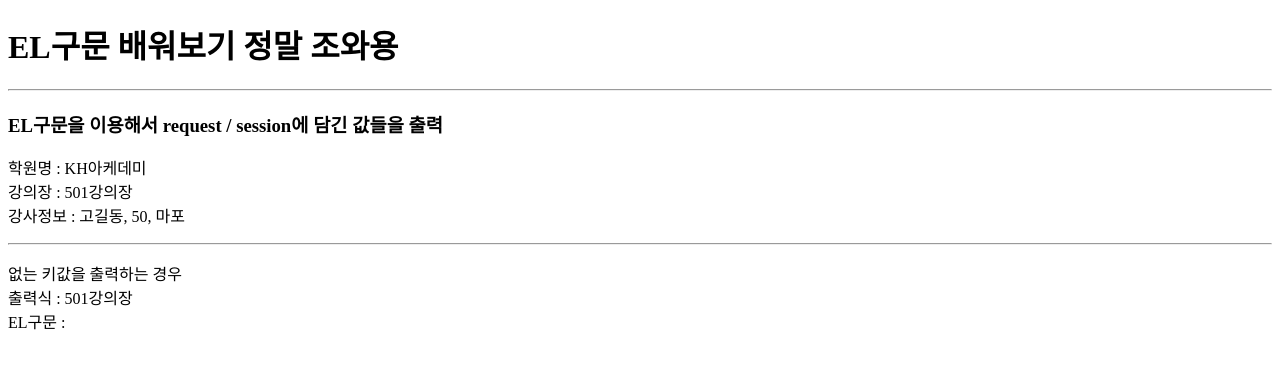
Repository: ghksl0204-shapa/dynamic-web
Page: http://localhost/ActionProject/el.do
An editor plug-in stored every save of this project. The page is shown before and after the next save, followed by the edit.
The browser window is 1280 px wide. The pictures show the whole page.
The page is served by Tomcat 9. Other server files are loaded and not shown.

Above is the page before, as saved 2026-05-06 06:08:43.

### ActionProject/src/main/webapp/WEB-INF/views/01_el.jsp
<%@ page language="java" contentType="text/html; charset=UTF-8"
    pageEncoding="UTF-8"%>
<%@ page import="com.kh.el.model.dto.Person" %>
<!DOCTYPE html>
<html>
<head>
<meta charset="UTF-8">
<title>UltraSuperPower JSP</title>
</head>
<body>

	<h1>EL구문 배워보기 정말 조와용</h1>

	<%--
	<!--

	<%
		String classRoom = (String)request.getAttribute("classRoom");
		Person student = (Person)request.getAttribute("student");

		String academy = (String)session.getAttribute("academy");
		Person lecture = (Person)session.getAttribute("lecture");
	%>

	<p>
		학원명 : <%= academy %> <br>
		강의장 : <%= classRoom %> <br>
		강사정보 : <%= lecture.getName() %>, <%= lecture.getAge() %>, <%= lecture.getAddress() %> <br><br>

		수강생 정보
		<ul>
			<li>이름 : <%= student.getName() %></li>
			<li>나이 : <%= student.getAge() %></li>
			<li>주소 : <%= student.getAddress() %></li>
		</ul>
	</p>
	-->
	--%>

	<hr>

	<h3>EL구문을 이용해서 request / session에 담긴 값들을 출력</h3>

	<p>
		학원명 : ${ academy } <br>
		강의장 : ${ classRoom } <br>
		강사정보 : ${ lecture.name }, ${ lecture.age }, ${ lecture.address } <br>

		<!--
			실제로 필드에 직접 접근 하는것은 불가능
			.name => getName()
			내부적으로 getter메소드를 찾아서 호출해서 값을 출력하는 구조
		 -->
	</p>

	<hr>

	<p>
		없는 키값을 출력하는 경우 <br>

		출력식 : <%= request.getAttribute("classRoom") %> <br>
		EL구문 : ${ clasRoom } <br>
	</p>


























</body>
</html>

### ActionProject/src/main/java/com/kh/el/controller/ElServlet.java
package com.kh.el.controller;

import java.io.IOException;

import javax.servlet.ServletException;
import javax.servlet.annotation.WebServlet;
import javax.servlet.http.HttpServlet;
import javax.servlet.http.HttpServletRequest;
import javax.servlet.http.HttpServletResponse;
import javax.servlet.http.HttpSession;

import com.kh.el.model.dto.Person;

@WebServlet("/el.do")
public class ElServlet extends HttpServlet {
	private static final long serialVersionUID = 1L;

    public ElServlet() {
        super();
    }

	protected void doGet(HttpServletRequest request, HttpServletResponse response) throws ServletException, IOException {
		// 만약 서블릿에서 응답할 데이터가 존재 한다면!!!
		// JSP로 포워딩을 할 때 request.setAttribute("name값", "value값") -> forward ~~
		// request -> Servlet 내장객체 / Scope 객체

		// application / session / request / page

		/*
		 * 1. application scope : ServletContext
		 * 한 애플리케이션 당, 딱 한개 존재하는 객체
		 * 이 영역에 데이터를 담으면 애플리케이션 전역에서 사용 가능
		 *
		 *
		 * 2. session scope : HttpSession
		 * 하나의 브라우저 당, 한 개 존재하는 객체
		 * 이 영역에 데이터를 담으면 JSP / Servlet 단에서 사용 가능
		 * 값이 한 번 담기면 서버를 멈추건, 세션을 비우거나, 브라우저가 닫히기 전까지는 계속 사용 가능
		 *
		 * 3. request scope : HttpServletRequest
		 * 요청 및 응답 시 매법 생성되는 객체
		 * 이 영역에 데이터를 담으면 해당 request 를 포워딩 받는 응답 JSP 에서만 사용가능 (1회성)
		 *
		 * 4. page scope : PageContext
		 * JSP페이지에서만 사용가능
		 *
		 * => 위 객체들에 속성을 추가할 때는 .setAttribute("name값", 벨류);
		 * 							  .getAttribute("namer값");
		 * 							  .removeAttribute("name값");
		 */
		// DTO(VO) 한 개, List<DTO>, int, String

		request.setAttribute("classRoom", "501강의장");
		request.setAttribute("student", new Person("홍길동", 15, "한양"));

		// sessionScope
		HttpSession session = request.getSession();
		session.setAttribute("academy", "KH아케데미");
		session.setAttribute("lecture", new Person("고길동", 50, "마포"));

		// 응답 뷰 배정 -> 포워딩
		request.getRequestDispatcher("/WEB-INF/views/01_el.jsp").forward(request, response);


	}

	protected void doPost(HttpServletRequest request, HttpServletResponse response) throws ServletException, IOException {
		doGet(request, response);
	}




















}

### ActionProject/src/main/java/com/kh/el/model/dto/Person.java
package com.kh.el.model.dto;

public class Person {

	private String name;
	private int age;
	private String address;

	public Person() {
		super();
	}

	public Person(String name, int age, String address) {
		super();
		this.name = name;
		this.age = age;
		this.address = address;
	}

	public String getName() {
		return name;
	}

	public void setName(String name) {
		this.name = name;
	}

	public int getAge() {
		return age;
	}

	public void setAge(int age) {
		this.age = age;
	}

	public String getAddress() {
		return address;
	}

	public void setAddress(String address) {
		this.address = address;
	}

	@Override
	public String toString() {
		return "Person [name=" + name + ", age=" + age + ", address=" + address + "]";
	}

}

After the next save:
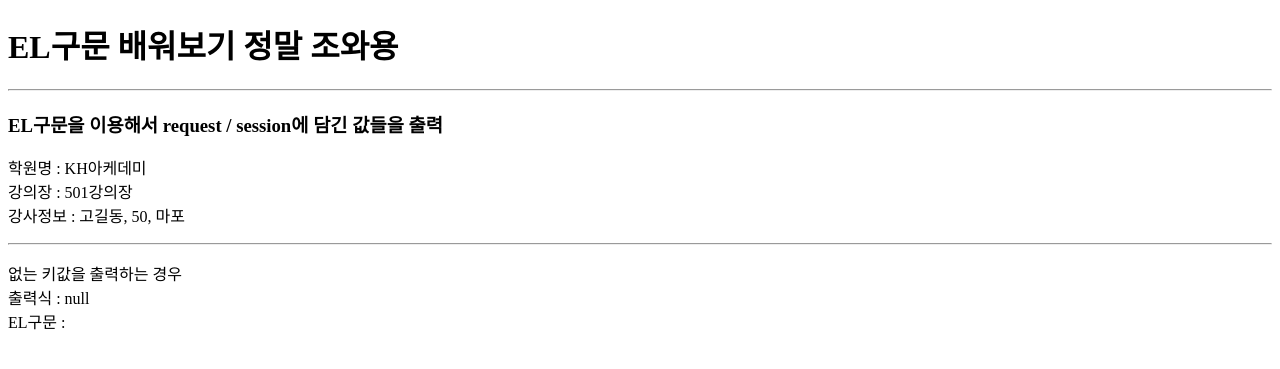
Saved 12 s later.
--- a/ActionProject/src/main/webapp/WEB-INF/views/01_el.jsp
+++ b/ActionProject/src/main/webapp/WEB-INF/views/01_el.jsp
@@ -58,7 +58,7 @@
 	<p>
 		없는 키값을 출력하는 경우 <br>
 
-		출력식 : <%= request.getAttribute("classRoom") %> <br>
+		출력식 : <%= request.getAttribute("clasRoom") %> <br>
 		EL구문 : ${ clasRoom } <br>
 	</p>
 
